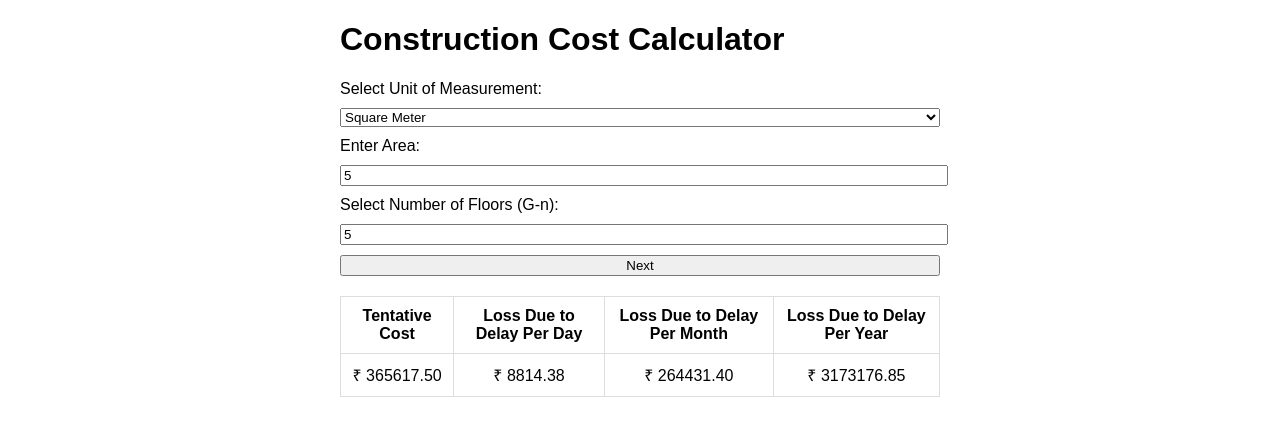
Repository: Madhava-IT-Solutions/yaminikollumittasks
Page: CONSTRUCTION DURATION/DURATION/duaration.html
These files come from the project's save history. The page is drawn as it stood at one moment and after a run of saves; the edit follows.
The browser window is 1280 px wide. The pictures show the whole page.
Empty fields were first filled with sample values (such as "Sample", 5 or name@example.com).
After loading, the first visible `button` was clicked once.

Above is the page before, as saved 2025-01-04 14:58:20.

### CONSTRUCTION DURATION/DURATION/duaration.html
<!DOCTYPE html>
<html lang="en">
<head>
    <meta charset="UTF-8">
    <meta name="viewport" content="width=device-width, initial-scale=1.0">
    <title>Construction Cost Calculator</title>
    <style>
        body {
            font-family: Arial, sans-serif;
            margin: 20px;
        }
        .container {
            max-width: 600px;
            margin: 0 auto;
        }
        label, select, input, button {
            display: block;
            margin: 10px 0;
            width: 100%;
        }
        table {
            width: 100%;
            border-collapse: collapse;
            margin-top: 20px;
        }
        th, td {
            padding: 10px;
            text-align: center;
            border: 1px solid #ddd;
        }
    </style>
</head>
<body>
    <div class="container">
        <h1>Construction Cost Calculator</h1>

        <label for="unit">Select Unit of Measurement:</label>
        <select id="unit">
            <option value="1">Square Meter</option>
            <option value="0.8361273574">Square Yard</option>
            <option value="0.09290304014">Square Feet</option>
        </select>

        <label for="area">Enter Area:</label>
        <input type="number" id="area" placeholder="Enter area value">

        <label for="floor">Select Number of Floors (G-n):</label>
        <input type="number" id="floor" placeholder="Enter number of floors">

        <button onclick="calculateCost()">Next</button>

        <table>
            <thead>
                <tr>
                    <th>Tentative Cost</th>
                    <th>Loss Due to Delay Per Day</th>
                    <th>Loss Due to Delay Per Month</th>
                    <th>Loss Due to Delay Per Year</th>
                </tr>
            </thead>
            <tbody>
                <tr>
                    <td id="tentativeCost">-</td>
                    <td id="delayPerDay">-</td>
                    <td id="delayPerMonth">-</td>
                    <td id="delayPerYear">-</td>
                </tr>
            </tbody>
        </table>
    </div>

    <script>
        const COST_PER_SQMT = 16810;

        function calculateCost() {
            const unitFactor = parseFloat(document.getElementById('unit').value);
            const area = parseFloat(document.getElementById('area').value);
            const floors = parseInt(document.getElementById('floor').value);

            if (isNaN(area) || area <= 0 || isNaN(floors) || floors < 0) {
                alert('Please enter valid area and number of floors.');
                return;
            }

            const floorFactor = 1 + 0.67 * floors;
            const tentativeCost = area * COST_PER_SQMT * unitFactor * floorFactor;

            const lossPerDay = (tentativeCost * 8.5) / 365 + 300;
            const lossPerMonth = lossPerDay * 30;
            const lossPerYear = lossPerMonth * 12;

            document.getElementById('tentativeCost').textContent = `₹ ${tentativeCost.toFixed(2)}`;
            document.getElementById('delayPerDay').textContent = `₹ ${lossPerDay.toFixed(2)}`;
            document.getElementById('delayPerMonth').textContent = `₹ ${lossPerMonth.toFixed(2)}`;
            document.getElementById('delayPerYear').textContent = `₹ ${lossPerYear.toFixed(2)}`;
        }
    </script>
</body>
</html>

After the next 2 saves:
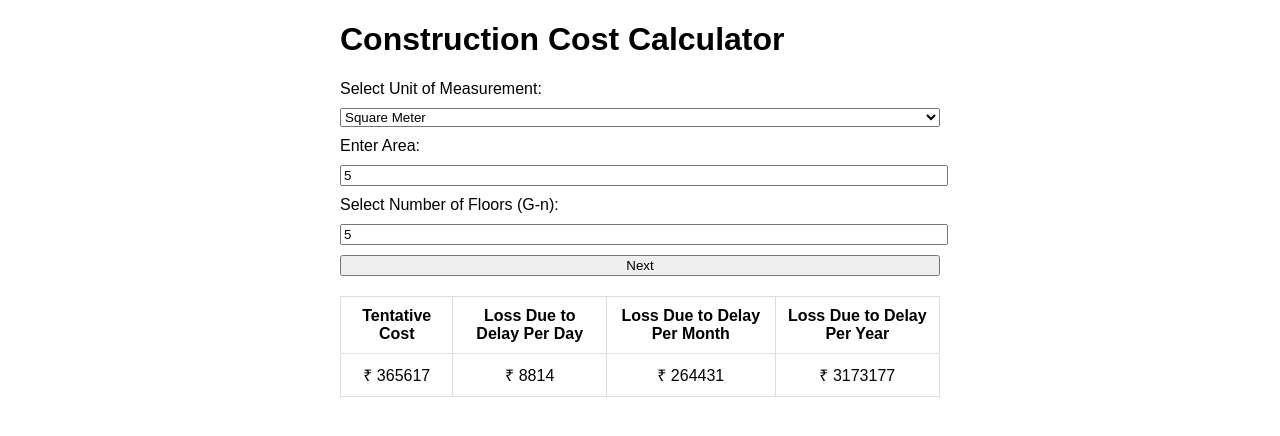
The 2 saves are shown as one change because they came seconds apart.
The last was saved 112 s later.
--- a/CONSTRUCTION DURATION/DURATION/duaration.html
+++ b/CONSTRUCTION DURATION/DURATION/duaration.html
@@ -89,10 +89,10 @@
             const lossPerMonth = lossPerDay * 30;
             const lossPerYear = lossPerMonth * 12;
 
-            document.getElementById('tentativeCost').textContent = `₹ ${tentativeCost.toFixed(2)}`;
-            document.getElementById('delayPerDay').textContent = `₹ ${lossPerDay.toFixed(2)}`;
-            document.getElementById('delayPerMonth').textContent = `₹ ${lossPerMonth.toFixed(2)}`;
-            document.getElementById('delayPerYear').textContent = `₹ ${lossPerYear.toFixed(2)}`;
+            document.getElementById('tentativeCost').textContent = `₹ ${Math.round(tentativeCost)}`;
+            document.getElementById('delayPerDay').textContent = `₹ ${Math.round(lossPerDay)}`;
+            document.getElementById('delayPerMonth').textContent = `₹ ${Math.round(lossPerMonth)}`;
+            document.getElementById('delayPerYear').textContent = `₹ ${Math.round(lossPerYear)}`;
         }
     </script>
 </body>
